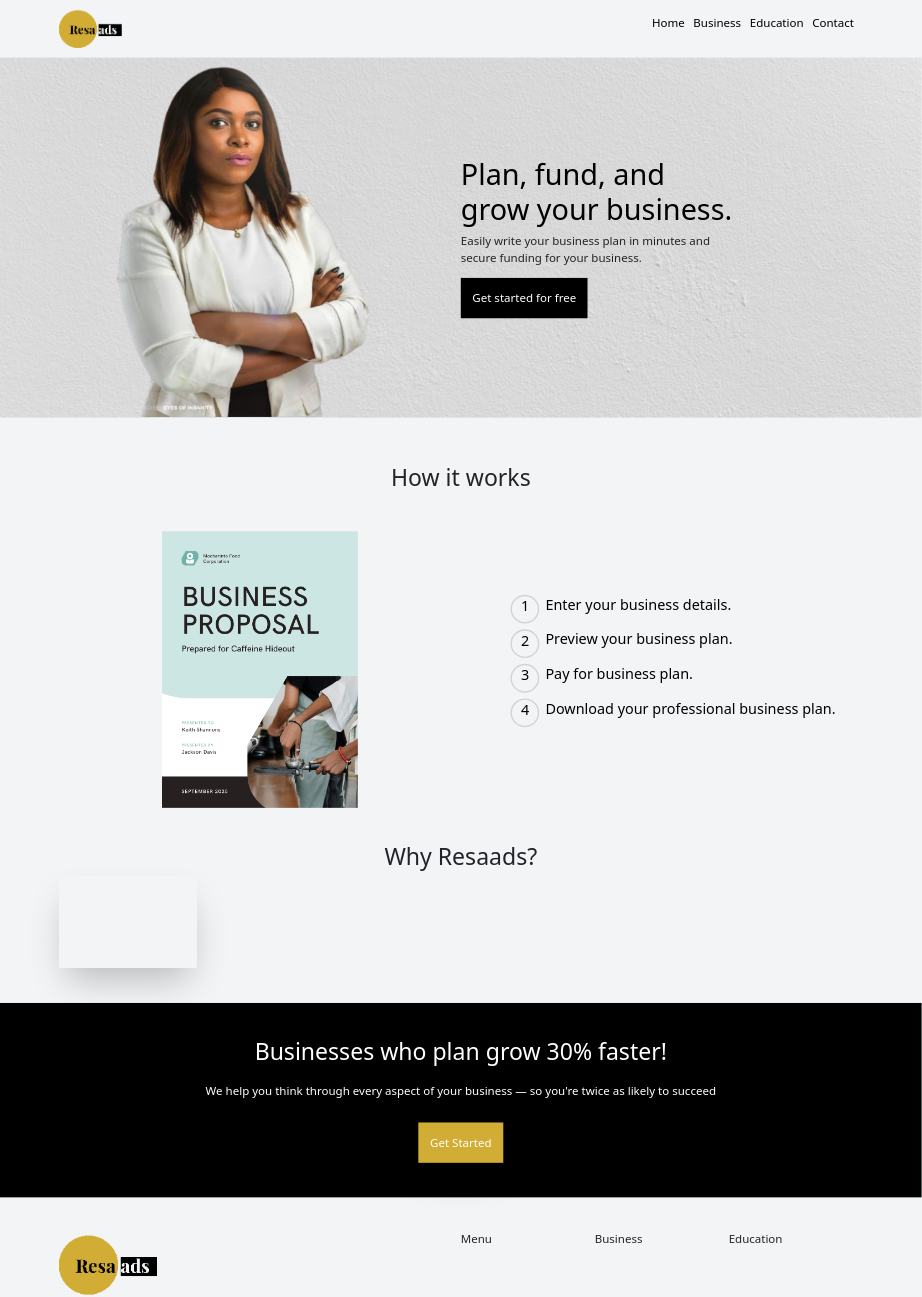
Repository: latenightsnacc/resaads-consults
Page: index.html
These files come from the project's save history. The page is drawn as it stood at one moment and after the next save; the edit follows.
The browser window is 1280 px wide. The pictures show the whole page, at 72% of full size.
Some web libraries are served in a nearby version.

Above is the page before, as saved 2021-08-05 12:21:03.

### index.html
<!DOCTYPE html>
<html lang="en">
<head>
    <meta charset="UTF-8">
    <meta http-equiv="X-UA-Compatible" content="IE=edge">
    <meta name="viewport" content="width=device-width, initial-scale=1.0">
    <!--Tailwind Css-->
    <link href="https://unpkg.com/tailwindcss@^2/dist/tailwind.min.css" rel="stylesheet">
    <!--Bootstrap CSS-->
    <link href="https://cdn.jsdelivr.net/npm/bootstrap@5.0.0-beta3/dist/css/bootstrap.min.css" rel="stylesheet" integrity="sha384-eOJMYsd53ii+scO/bJGFsiCZc+5NDVN2yr8+0RDqr0Ql0h+rP48ckxlpbzKgwra6" crossorigin="anonymous">
    <!--Font Awesome 5 CDN-->
    <link href="https://cdnjs.cloudflare.com/ajax/libs/font-awesome/5.13.0/css/all.min.css" rel="stylesheet">
    <!--Material Icons-->
    <link href="https://fonts.googleapis.com/css?family=Material+Icons|Material+Icons+Outlined|Material+Icons+Two+Tone|Material+Icons+Round|Material+Icons+Sharp" rel="stylesheet">
    <!--Google Font-->
    <link rel="preconnect" href="https://fonts.gstatic.com">
    <link href="https://fonts.googleapis.com/css2?family=Archivo:wght@400;700&display=swap" rel="stylesheet">
    <!--Page Title-->
    <title>Resaads Consults</title>

    <style>
        .primary-bg {
            background-color: #d2ad35 ;
        }
        a.primary:hover {
            color: #d2ad35;
            font-weight: 500;
        }
        #banner {
            background-image: url('assets/images/pexels-lorenzo-242236.jpg');
            background-size: cover;
        }

    </style>
</head>
<body class="bg-gray-100">
    <header class="container">
        <nav class="flex flex-row h-20 w-full justify-between items-center">
            <a href="index.html" class="w-24">
                <img src="assets/logos/Logo-150px-removebg-preview.png" alt="" class="w-full">
            </a>
            <ul class="flex flex-row">
                <li class="mr-3">
                    <a href="index.html" class="text-black no-underline primary">Home</a>
                </li>
                <li class="mr-3">
                    <a href="" class=" text-black no-underline primary">Business</a>
                </li>
                <li class="mr-3">
                    <a href="" class=" text-black no-underline primary">Education</a>
                </li>
                <li class="mr-3">
                    <a href="" class="text-black no-underline primary">Contact</a>
                </li>
            </ul>
        </nav>
    </header>
    <main>
        <section id="banner">
            <div class="container">
                <div class="flex flex-row">
                    <div class="w-1/2">
                        <img src="assets/images/Front-Banner-removebg-preview.png" alt="">
                    </div>
                    <div class="w-1/2 flex flex-col justify-center items-start">
                        <h1 class="text-black fontbold">
                            Plan, fund, and
                            <br/><span>grow your business.</span>
                        </h1>
                        <p>Easily write your business plan in minutes and <br/>secure funding for your business. </p>
                        <a href="#" class="">
                            <button class="bg-black text-white p-3">Get started for free</button>
                        </a>
                    </div>
                </div>
            </div>
        </section>
        <!--Spacer-->
        <div class="my-5"></div>
        <section id="how-it-works">
            <div class="container">
                <h2 class="text-center pt-3 pb-5">How it works</h2>
                <div class="flex flex-row">
                    <div class="w-1/2">
                        <div class="flex justify-center h-96">
                            <img class="h-full" src="assets/images/Businessplan.png" alt="">
                        </div>

                    </div>
                    <div class="w-1/2 ">
                        <div class="flex h-full flex-col items-center justify-center">
                            <ol class="text-xl">
                                <li class="mb-2 text-black flex flex-row group">
                                    <span class="d-block w-10 h-10 border-gray-300 border-2 rounded-full text-center pb-3 mr-2 group-hover:border-yellow-800">1</span><span>Enter your business details.</span>
                                </li>
                                <li class="mb-2 text-black flex flex-row group">
                                    <span class="d-block w-10 h-10 border-gray-300 border-2 rounded-full text-center pb-3 mr-2 group-hover:border-yellow-800">2</span><span>Preview your business plan.</span>
                                </li>
                                <li class="mb-2 text-black flex flex-row group">
                                    <span class="d-block w-10 h-10 border-gray-300 border-2 rounded-full text-center pb-3 mr-2 group-hover:border-yellow-800">3</span><span>Pay for business plan.</span>
                                </li>
                                <li class="mb-2 text-black flex flex-row group">
                                    <span class="d-block w-10 h-10 border-gray-300 border-2 rounded-full text-center pb-3 mr-2 group-hover:border-yellow-800">4</span><span>Download your professional business plan.</span>
                                </li>

                            </ol>
                        </div>
                    </div>
                </div>
            </div>
        </section>
        <!--Spacer-->
        <div class="my-5"></div>
        <section id="why-resaads">
            <div class="container">
                <h2 class="text-center">Why Resaads?</h2>
                <div class="flex flex-row">
                    <div class="w-1/3">
                        <div class="relative w-48 h-32 shadow-2xl"></div>
                    </div>
                    <div class="w-1/3"></div>
                    <div class="w-1/3"></div>
                </div>
            </div>
        </section>
        <!--Spacer-->
        <div class="my-5"></div>
        <section class="bg-black text-white py-5">
            <div class="container">
                <h2 class="text-center">Businesses who plan grow 30% faster!</h2>
                <div class="flex flex-col items-center">
                    <p class="text-center py-3">We help you think through every aspect of your business — so you're twice as likely to succeed</p>
                    <a href="#" class="">
                        <button class="primary-bg text-white p-3 shadow-2xl">Get Started</button>
                    </a>
                </div>
            </div>
        </section>
    </main>
    <!--Spacer-->
    <div class="my-5"></div>
    <footer>
        <div class="container">
            <div class="flex flex-row">
                <div class="w-1/2">
                    <a href="index.html" class="w-36">
                        <img src="assets/logos/Logo-150px-removebg-preview.png" alt="" class="" data-title="Photo by Kampus Production from Pexels">
                    </a>
                </div>
                <div class="w-1/2">
                    <div class="flex flex-row">
                        <div class="w-1/3">
                            <h6>Menu</h6>
                        </div>
                        <div class="w-1/3">
                            <h6>Business</h6>
                        </div>
                        <div class="w-1/3">
                            <h6>Education</h6>
                        </div>
                    </div>
                </div>
            </div>
        </div>
    </footer>
</body>
</html>

After the next save:
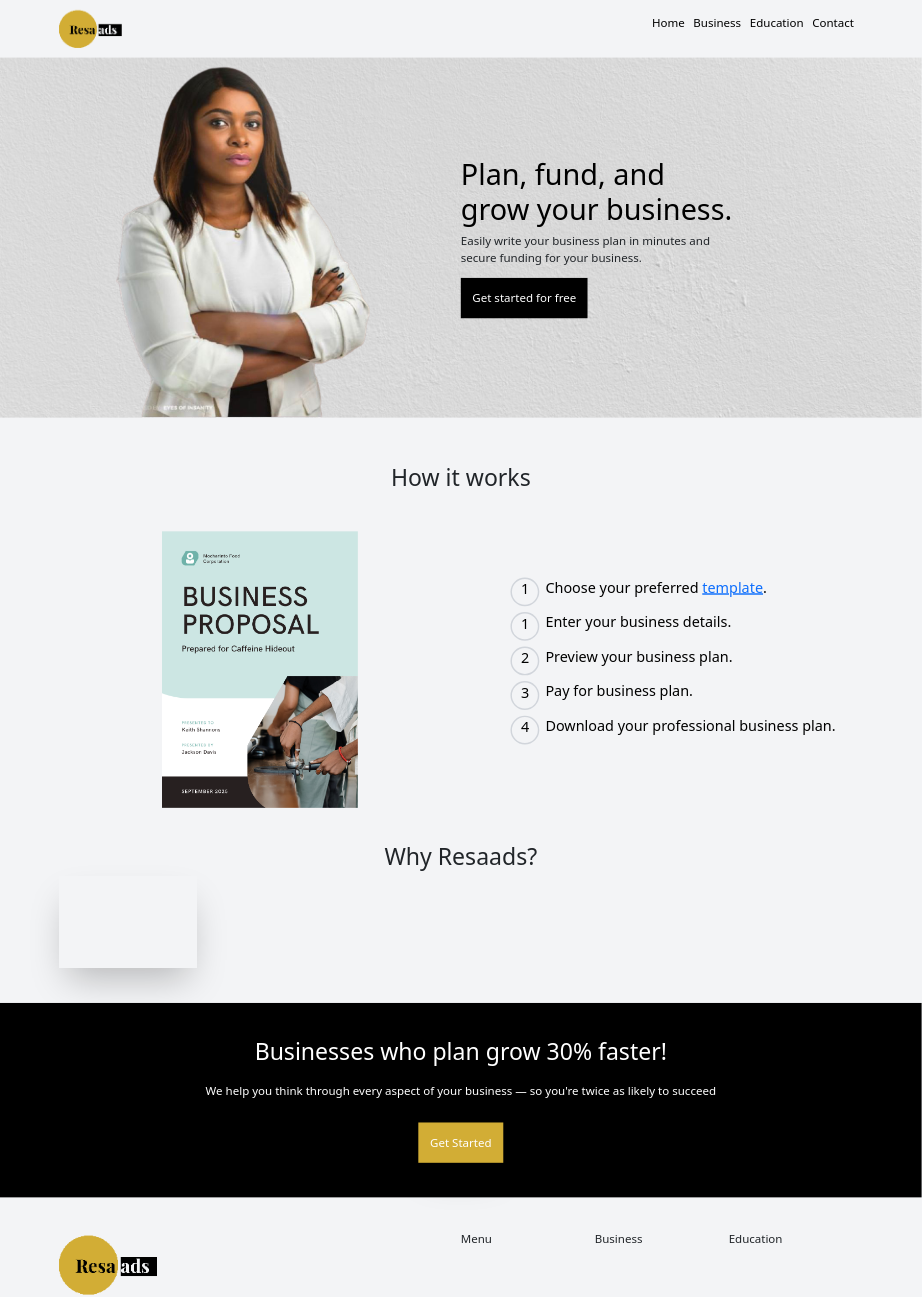
Saved 2 min 31 s later.
--- a/index.html
+++ b/index.html
@@ -91,6 +91,9 @@
                         <div class="flex h-full flex-col items-center justify-center">
                             <ol class="text-xl">
                                 <li class="mb-2 text-black flex flex-row group">
+                                    <span class="d-block w-10 h-10 border-gray-300 border-2 rounded-full text-center pb-3 mr-2 group-hover:border-yellow-800">1</span><span>Choose your preferred <a href="#">template</a>.</span>
+                                </li>
+                                <li class="mb-2 text-black flex flex-row group">
                                     <span class="d-block w-10 h-10 border-gray-300 border-2 rounded-full text-center pb-3 mr-2 group-hover:border-yellow-800">1</span><span>Enter your business details.</span>
                                 </li>
                                 <li class="mb-2 text-black flex flex-row group">
